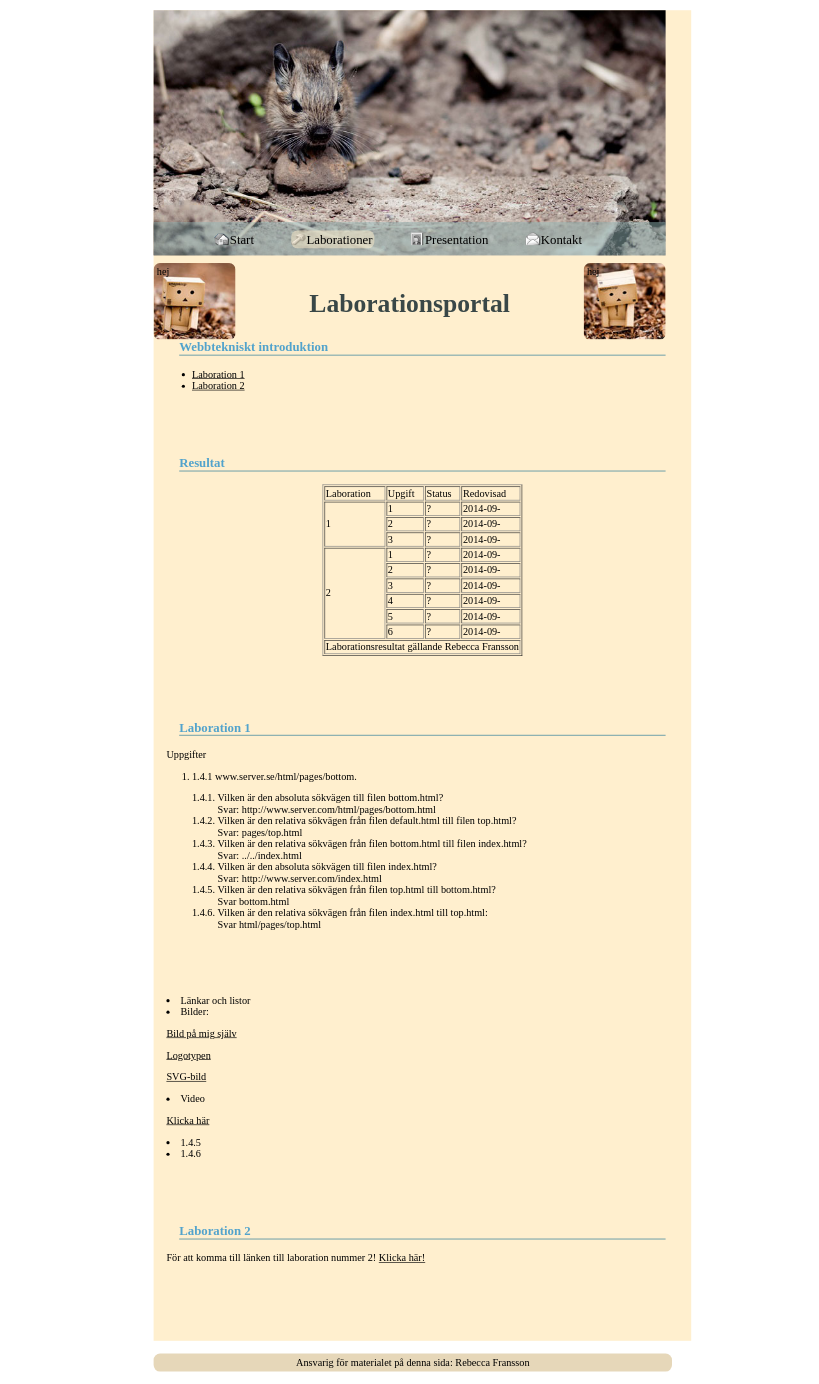
Repository: RebeccaFransson/Interfacedevelopment-1IK415
Page: pages/laborationer.html
The author's editor kept a record of every edit. The page is drawn from the files as they stood at one moment, then again after the next edit.
The browser window is 1280 px wide. The pictures show the whole page, at 64% of full size.

Above is the page before.

After the next edit:
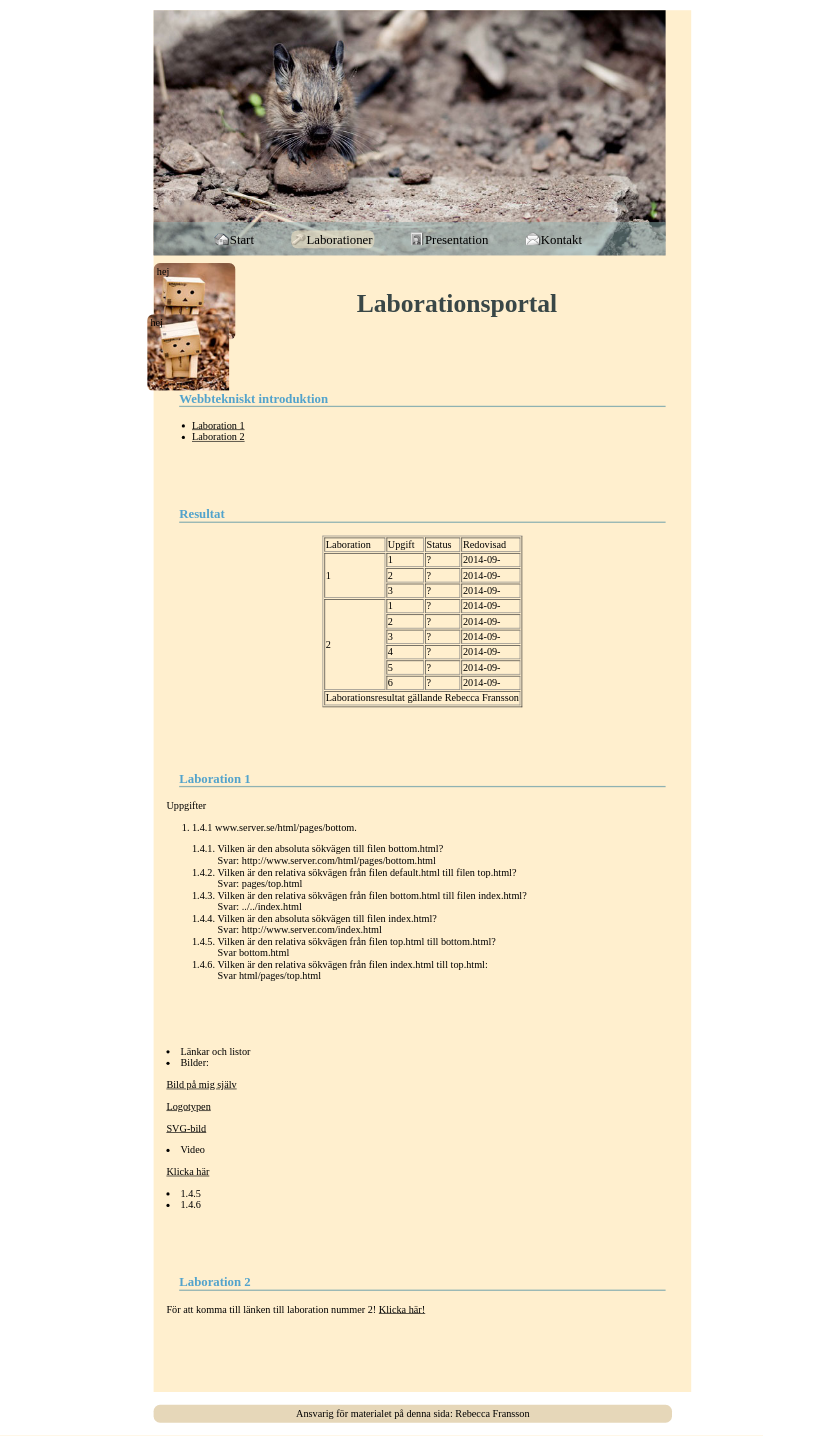
The edit:
--- a/css/style.css
+++ b/css/style.css
@@ -129,9 +129,10 @@
     padding: 5px;
 }
 .right{
-     Background-image: url('Pictures/danbo1.jpg');
-      display:block;
-      background-repeat:no-repeat;
+    width:100%;
+    Background-image: url('Pictures/danbo1.jpg');
+    display:block;
+    background-repeat:no-repeat;
     float:right;
 }
 

After the 3 edits that followed:
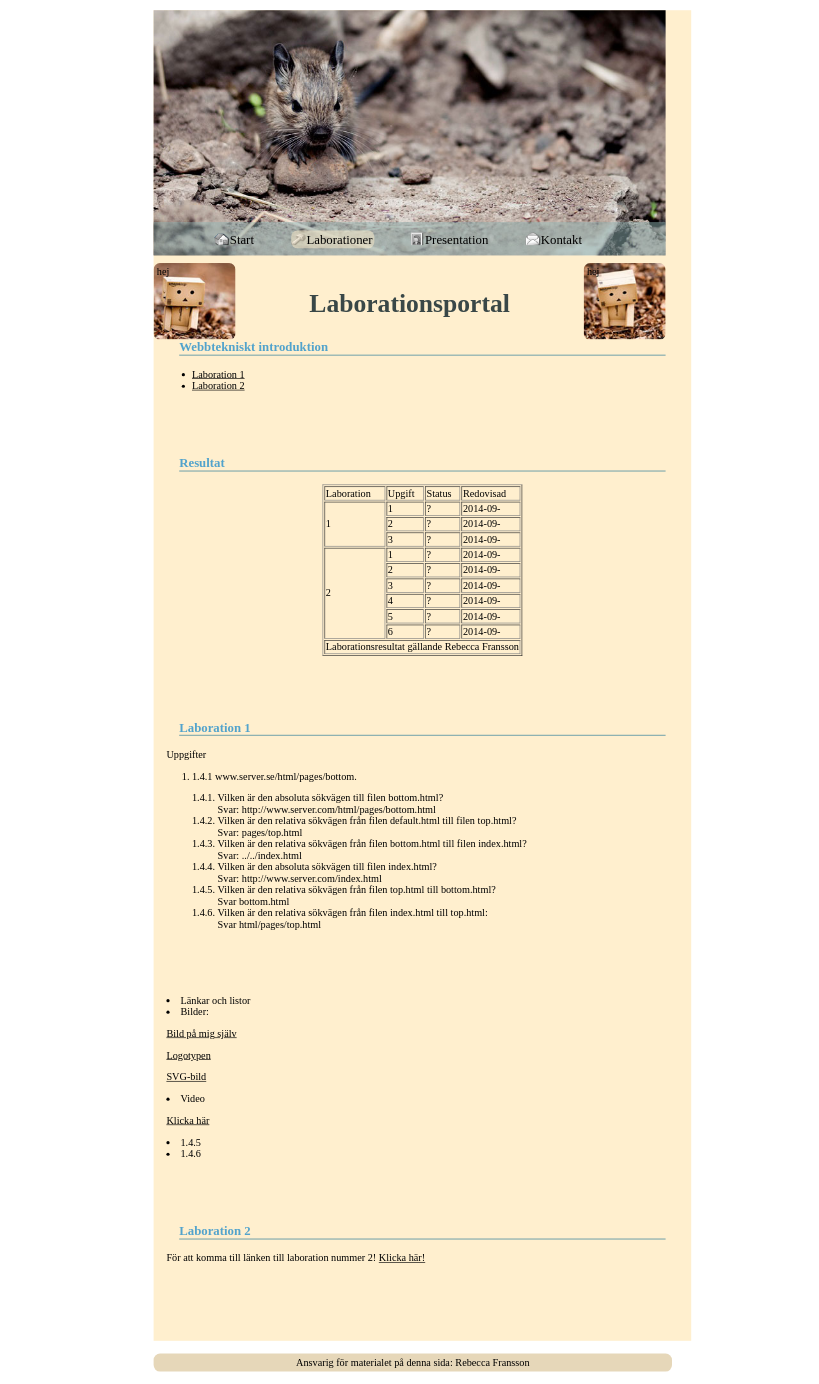
The 3 edits are shown as one change because 2 left the picture as it was.
The edit:
--- a/css/style.css
+++ b/css/style.css
@@ -129,7 +129,7 @@
     padding: 5px;
 }
 .right{
-    width:100%;
+    max-width:70%;
     Background-image: url('Pictures/danbo1.jpg');
     display:block;
     background-repeat:no-repeat;
@@ -137,9 +137,9 @@
 }
 
 .left{
-     Background-image: url('Pictures/danbo2.jpg');
-      display:block;
-      background-repeat:no-repeat;
+    Background-image: url('Pictures/danbo2.jpg');
+    display:block;
+    background-repeat:no-repeat;
     float:left;
 }
 
